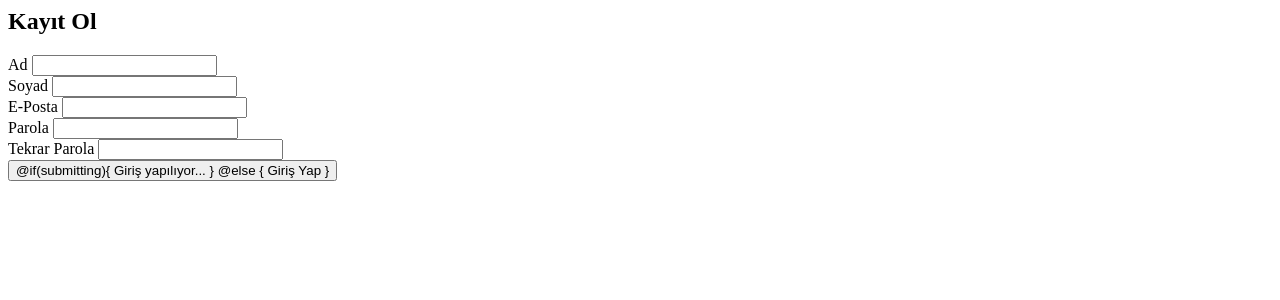
Repository: hakanozer/yazilim_uzmanligi_21_Aralilk_2024
Page: bitirme_projeleri/angular/Omer_Kafkas/src/app/pages/register/register.html
An editor plug-in stored every save of this project. The page is shown before and after the next save, followed by the edit.
The browser window is 1280 px wide. The pictures show the whole page.

Above is the page before, as saved 2025-08-31 22:01:16.

### bitirme_projeleri/angular/Omer_Kafkas/src/app/pages/register/register.html
<app-background-item></app-background-item>

<div class="register-wrapper">
    <form class="register-card">
        <h2>Kayıt Ol</h2>

        <div class="field">
            <label for="name">Ad</label>
            <input id="name" type="text">
        </div>
        <div class="field">
            <label for="surname">Soyad</label>
            <input id="surname" type="text">
        </div>
        <div class="field">
            <label for="mail">E-Posta</label>
            <input id="mail" type="email">
        </div>
        <div class="field">
            <label for="password">Parola</label>
            <input id="password" type="password">
        </div>
        <div class="field">
            <label for="passwordAgain">Tekrar Parola</label>
            <input id="passwordAgain" type="password">
        </div>

         <button class="submit" type="submit" [disabled]=" || form.invalid">@if(submitting){ Giriş yapılıyor... } @else { Giriş Yap }</button>
    </form>
</div>

After the next save:
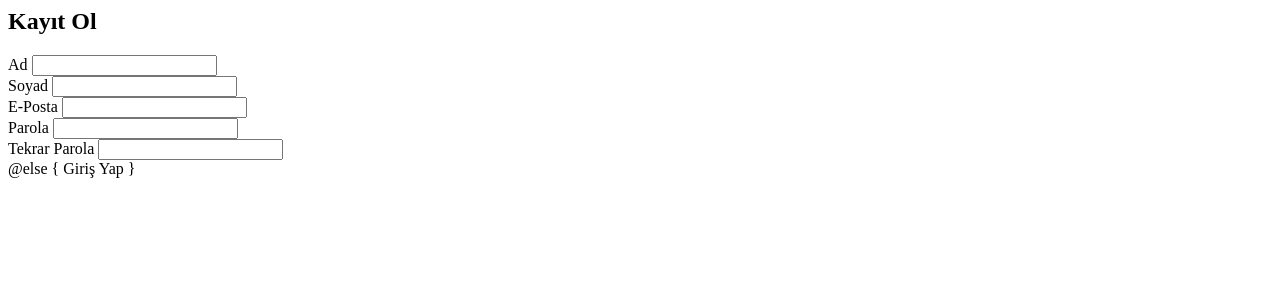
Saved 32 min 50 s later.
--- a/bitirme_projeleri/angular/Omer_Kafkas/src/app/pages/register/register.html
+++ b/bitirme_projeleri/angular/Omer_Kafkas/src/app/pages/register/register.html
@@ -25,6 +25,6 @@
             <input id="passwordAgain" type="password">
         </div>
 
-         <button class="submit" type="submit" [disabled]=" || form.invalid">@if(submitting){ Giriş yapılıyor... } @else { Giriş Yap }</button>
+          @else { Giriş Yap }</button>
     </form>
 </div>
